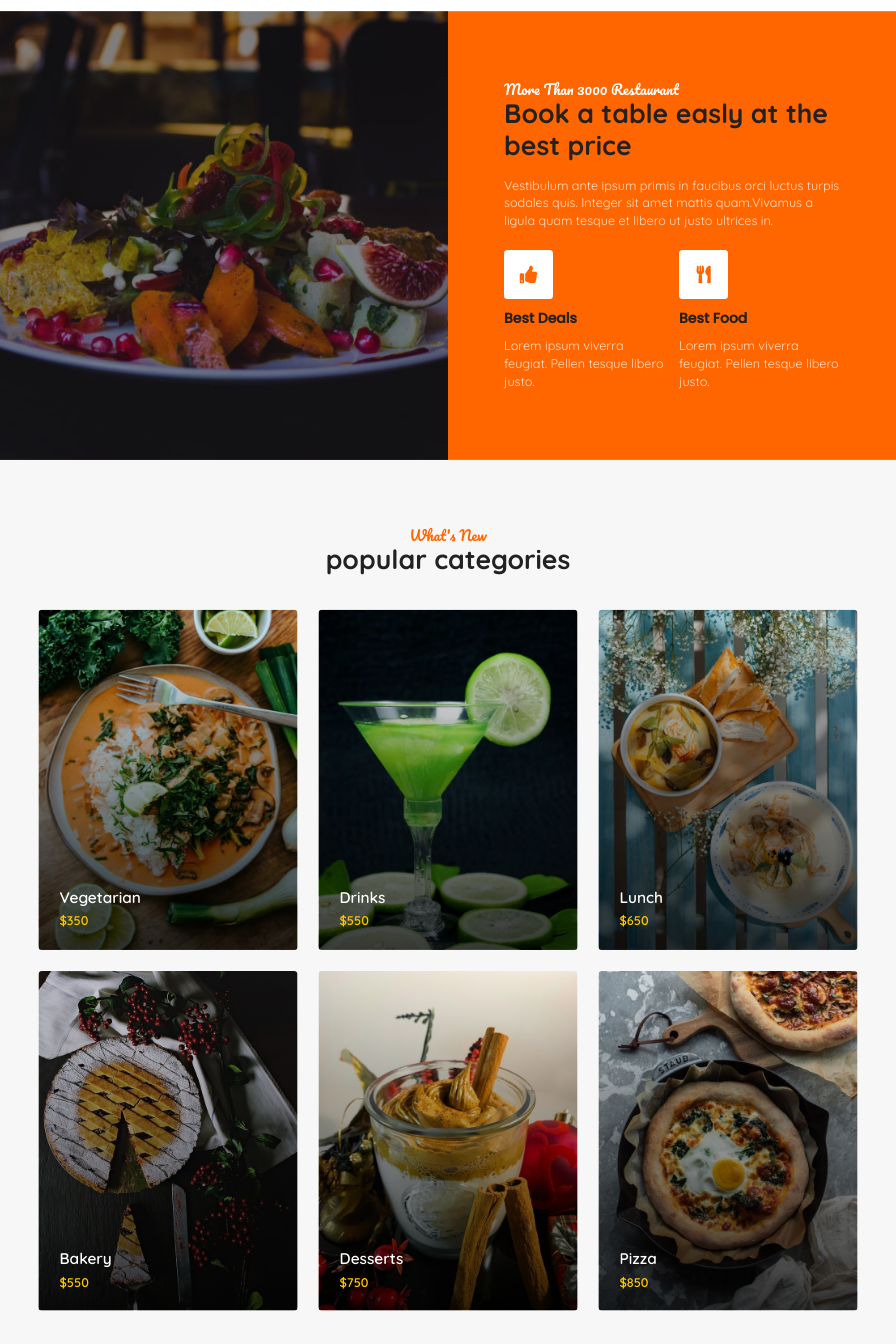
Repository: baobaodeveloper/bootscap21_project_AnhBao_VietToan_VietDuc
Page: index.html
These files come from the project's save history. The page is drawn as it stood at one moment and after the next save; the edit follows.
The browser window is 1280 px wide. The pictures show the part of the page from y = 880 to 2800 px (the page is 2800 px tall), at 70% of full size.
Backgrounds fixed to the window are drawn as part of the page.

Above is the page before, as saved 2022-03-03 11:06:11.

After the next save:
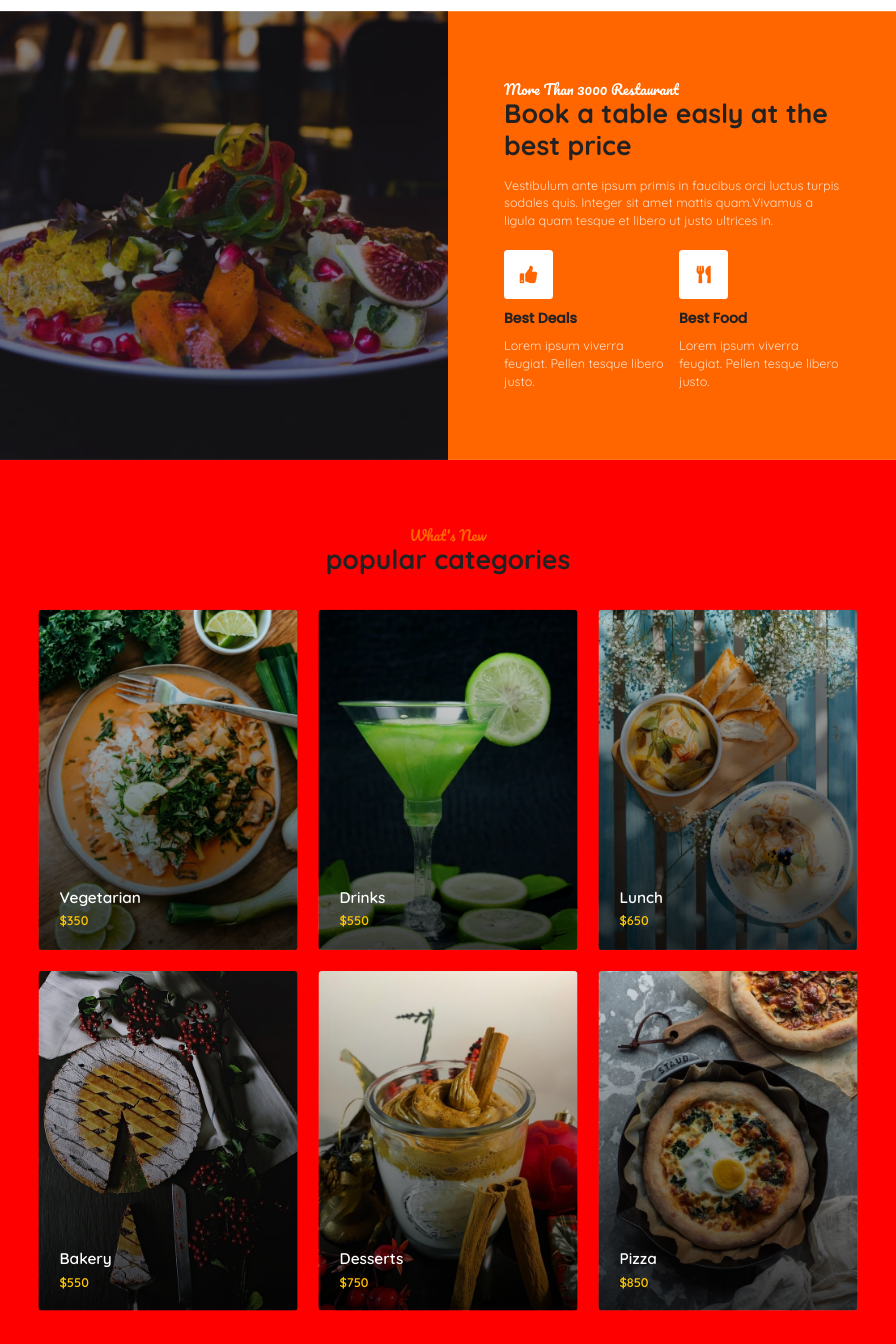
Saved 22 s later.
--- a/style.css
+++ b/style.css
@@ -380,7 +380,7 @@
 
 /* categories section starts */
 .categories-wrapper {
-  background-color: #f7f7f7;
+  background-color: red;
 }
 
 .categories__list {

After the save that followed:
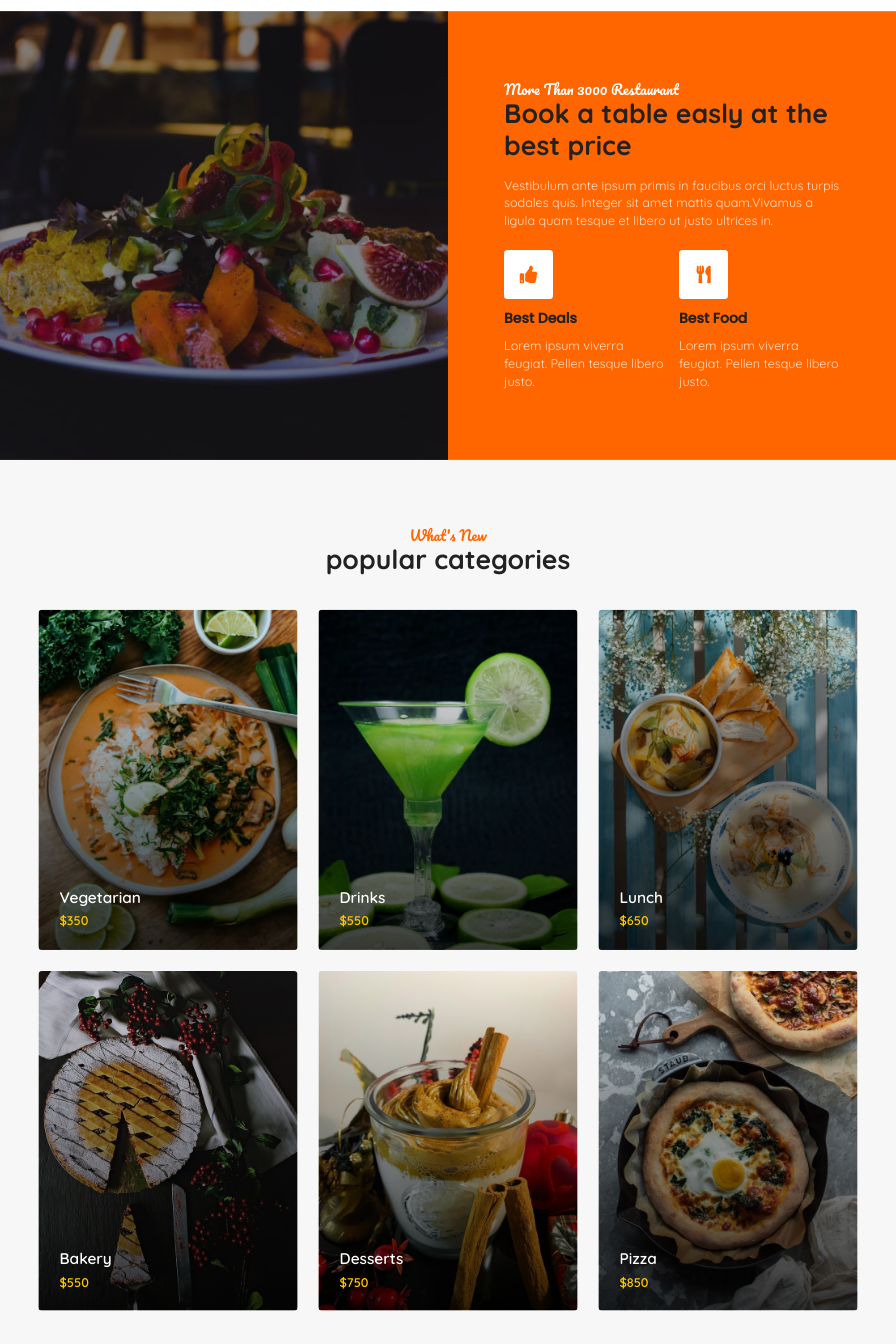
Saved 12 s later.
--- a/style.css
+++ b/style.css
@@ -380,7 +380,7 @@
 
 /* categories section starts */
 .categories-wrapper {
-  background-color: red;
+  background-color: #f7f7f7;
 }
 
 .categories__list {
